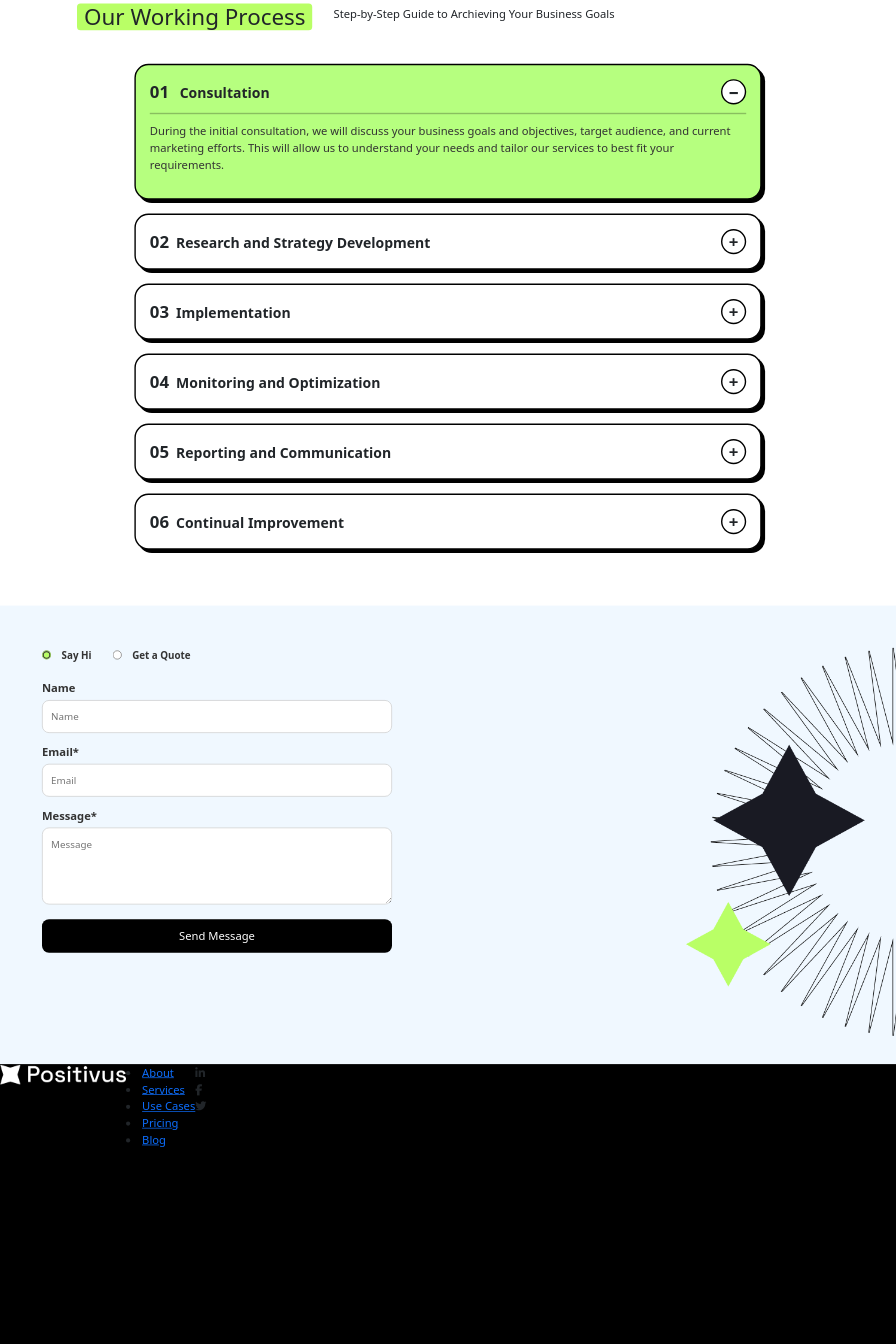
Repository: inshaabbas/CSS-Hackathon-SMIT
Page: index.html
An editor plug-in stored every save of this project. The page is shown before and after a run of saves, followed by the edit.
The browser window is 1280 px wide. The pictures show the part of the page from y = 1253 to 3173 px (the page is 3173 px tall), at 70% of full size.
A picture or video elsewhere on the page could not be fetched, so the positions and the page height are approximate.

Above is the page before, as saved 2025-06-25 10:50:05.

### index.html
<!DOCTYPE html>
<html lang="en">
<head>
    <meta charset="UTF-8">
    <meta name="viewport" content="width=device-width, initial-scale=1.0">
    <title>CSS Hackathon</title>
    <!-- Bootstrap CDN -->
     <link href="https://cdn.jsdelivr.net/npm/bootstrap@5.3.7/dist/css/bootstrap.min.css" rel="stylesheet" integrity="sha384-LN+7fdVzj6u52u30Kp6M/trliBMCMKTyK833zpbD+pXdCLuTusPj697FH4R/5mcr" crossorigin="anonymous">
    <!-- Font Awesome CDN -->
     <link rel="stylesheet" href="https://cdnjs.cloudflare.com/ajax/libs/font-awesome/6.7.2/css/all.min.css" integrity="sha512-Evv84Mr4kqVGRNSgIGL/F/aIDqQb7xQ2vcrdIwxfjThSH8CSR7PBEakCr51Ck+w+/U6swU2Im1vVX0SVk9ABhg==" crossorigin="anonymous" referrerpolicy="no-referrer"/>
    <!-- External Style Sheet -->
     <link rel="stylesheet" href="./style.css">
</head>
<body>
    <!-- Header Section Starts -->
    <header class="container-xxl">
      <div class="fixed-top">
         <nav class="navbar navbar-expand-lg bg-body-tertiary">
  <div class="container-fluid">
    <a class="navbar-brand" href="#"><img src="./Assets/logo.png" alt="Logo" width="150px"></a>
    <button class="navbar-toggler" type="button" data-bs-toggle="collapse" data-bs-target="#navbarSupportedContent" aria-controls="navbarSupportedContent" aria-expanded="false" aria-label="Toggle navigation">
      <span class="navbar-toggler-icon"></span>
    </button>
    <div class="collapse navbar-collapse" id="navbarSupportedContent">
      <ul class="navbar-nav ms-auto me-3 gap-4 mb-2 mb-lg-0">
        <li class="nav-item">
          <a class="nav-link active" aria-current="page" href="#">Aboutus</a>
        </li>
        <li class="nav-item">
          <a class="nav-link active" href="#">Services</a>
        </li>
        <li class="nav-item">
          <a class="nav-link active" aria-disabled="true">User Cases</a>
        </li>
        <li class="nav-item">
          <a class="nav-link active" aria-current="page" href="#">Pricing</a>
        </li>
        <li class="nav-item">
          <a class="nav-link active" aria-current="page" href="#">Blog</a>
        </li>
      </ul>
        <button class="btn btn-outline-dark" type="submit">Request a Quote</button>
      </form>
    </div>
  </div>
</nav>
      </div>
    </header>
    <!-- Header Section Ends -->

    <!-- Hero Section Starts -->
     <section class="hero-sec container-xxl">
        <div class="hero-text">
            <h2>Navigating the digital landscape for success</h2>
            <p>Lorem ipsum dolor sit amet consectetur adipisicing elit. Nihil sapiente officia omnis rerum, vitae nesciunt ad obcaecati sint quam accusantium Lorem ipsum dolor sit amet consectetur adipisicing elit. Quaerat nobis quos soluta accusantium perspiciatis quas ducimus dicta accusamus eius, sint adipisci cum minima aliquam debitis expedita nam eos, consectetur quasi.</p>
            <button type="button" class="btn btn-dark">Book a consultation</button>
        </div>
        <div class="hero-img">
            <img src="./Assets/hero-sec-img.png" alt="Hero Section Img" width="450px" height="330px">
        </div>
     </section>
    <!-- Hero Section Ends -->

    <!-- Social Section Starts -->
     <section class="social-sec container-xxl">
       <img src="./Assets/Amazon.png" alt="Amazon">
       <img src="./Assets/Dribbble.png" alt="Dribbble">
       <img src="./Assets/Hubspot-icon-removebg-preview.png" alt="Hubspot">
       <img src="./Assets/Notion.png" alt="Notion">
       <img src="./Assets/Netflix.png" alt="Netflix" class="gray">
       <img src="./Assets/Zoom.png" alt="Zoom" class="gray">
     </section>
    <!-- Social Section Ends -->

    <!-- Service Section Starts -->
     <section class="service-sec container-xxl">
      <div class="service-head">
        <h2>Services</h2>
        <p>Lorem ipsum dolor sit amet consectetur adipisicing elit. Ad, aliquam assumenda. Perspiciatis necessitatibus ullam possimus illum consequatur dolores quasi ut.</p>
      </div>
      <div class="service-cards">
        <div class="service-card-1 hover-img">
          <div class="ser-card-1-text">
             <h3>Search engine <br> optimization</h3>
             <p><img src="./Assets/service-icon.png" alt="Service Icon" width="30px">Learn More</p>
          </div>
          <div class="ser-card-1-img">
            <img src="./Assets/Service-card-1img.png" alt="">
          </div>
        </div>
        <div class="service-card-2 hover-img">
          <div class="ser-card-2-text">
             <h3>Search engine <br> optimization</h3>
             <p><img src="./Assets/service-icon.png" alt="Service Icon" width="30px">Learn More</p>
          </div>
          <div class="ser-card-2-img">
            <img src="./Assets/Service-card-2-img.png" alt="">
          </div>
        </div>
      </div>
     </section>
    <!-- Service Section Ends -->

     <!-- Working section Starts -->
     <section class="working-section container-xxl">
      <div class="working-head">
        <h2>Our Working Process</h2>
        <p>Step-by-Step Guide to Archieving Your Business Goals</p>
      </div>
      <div class="faq-section">
  <details open>
    <summary><span><span class="number">01</span> Consultation</span> <span class="plus"></span></summary>
    <hr class="divider">
    <div class="faq-content">
      <p>During the initial consultation, we will discuss your business goals and objectives, target audience, and current marketing efforts. This will allow us to understand your needs and tailor our services to best fit your requirements.</p>
    </div>
  </details>

  <details>
    <summary><span><span class="number">02</span>Research and Strategy Development</span> <span class="plus"></span></summary>
    <hr class="divider">
    <div class="faq-content">
      We research your market and competitors to develop a custom strategy aligned with your business goals.
    </div>
  </details>

   <details>
    <summary><span><span class="number">03</span>Implementation</span> <span class="plus"></span></summary>
    <hr class="divider">
    <div class="faq-content">
      We research your market and competitors to develop a custom strategy aligned with your business goals.
    </div>
  </details>

   <details>
    <summary><span><span class="number">04</span>Monitoring and Optimization</span> <span class="plus"></span></summary>
    <hr class="divider">
    <div class="faq-content">
      We research your market and competitors to develop a custom strategy aligned with your business goals.
    </div>
  </details>

   <details>
    <summary><span><span class="number">05</span>Reporting and Communication</span> <span class="plus"></span></summary>
    <hr class="divider">
    <div class="faq-content">
      We research your market and competitors to develop a custom strategy aligned with your business goals.
    </div>
  </details>

   <details>
    <summary><span><span class="number">06</span>Continual Improvement</span> <span class="plus"></span></summary>
    <hr class="divider">
    <div class="faq-content">
      We research your market and competitors to develop a custom strategy aligned with your business goals.
    </div>
  </details>
      </div>
      </section>

    <!-- Working section Ends -->

     <!-- Contact section Starts -->
     <section class="contact-section container-xxl">
      <div class="contact-form">
        <form>
          <div class="radio-group">
            <label><input type="radio" name="purpose" checked>Say Hi</label>
            <label><input type="radio" name="purpose"> Get a Quote</label>
          </div>

          <div class="form-group">
            <label for="name">Name</label>
            <input type="text" id="name" name="name" placeholder="Name" required>
          </div>

          <div class="form-group">
            <label for="email">Email*</label>
            <input type="email" id="email" name="email" placeholder="Email" required>
          </div>

          <div class="form-group">
            <label for="message">Message*</label>
            <textarea id="message" name="message" placeholder="Message" rows="4" required></textarea>
          </div>

          <button type="submit" class="send-btn">Send Message</button>
        </form>
       </div>
      <div class="contact-image">
        <img src="./Assets/Contact-img.png" alt="Contact img" width="400px">
      </div>
     </section>

     <!-- Contact section End -->

     <!-- Footer section Starts -->

     <footer>
        <div class="top-footer">
            <div class="fot-logo">
                <img src="./Assets/Foooter-logo.png" alt="Footer logo">
            </div>
            <div class="fot-links">
                <li><a href="#">About</a></li>
                <li><a href="#">Services</a></li>
                <li><a href="#">Use Cases</a></li>
                <li><a href="#">Pricing</a></li>
                <li><a href="#">Blog</a></li>
            </div>
            <div class="fot-icons">
                <div><i class="fa-brands fa-linkedin-in"></i></div>
                <div><i class="fa-brands fa-facebook-f"></i></div>
                <div><i class="fa-brands fa-twitter"></i></div>
            </div>
        </div>
     </footer>







<script src="https://cdn.jsdelivr.net/npm/@popperjs/core@2.11.8/dist/umd/popper.min.js" integrity="sha384-I7E8VVD/ismYTF4hNIPjVp/Zjvgyol6VFvRkX/vR+Vc4jQkC+hVqc2pM8ODewa9r" crossorigin="anonymous"></script>
<script src="https://cdn.jsdelivr.net/npm/bootstrap@5.3.7/dist/js/bootstrap.min.js" integrity="sha384-7qAoOXltbVP82dhxHAUje59V5r2YsVfBafyUDxEdApLPmcdhBPg1DKg1ERo0BZlK" crossorigin="anonymous"></script>
</body>
</html>

### style.css
.hover-img{
    transition: transform 0.3s ease;
}

.hover-img:hover{
    transform: scale(1.1);
}

.hero-sec{
    display: flex;
    justify-content: space-around;
    align-items: center;
    padding: 20px;
    height: 500px;
    padding-top: 80px;
}

.hero-text{
    width: 50%;
}

.hero-text h2{
    font-size: 35px;
    font-weight: bold;
}

@media screen and (max-width: 1010px) {
    .hero-img img{
        width: 350px;
        height: 300px;
    }
    .hero-sec{
        height: auto;
    }
}

@media screen and (max-width: 800px){
    .hero-sec{
        flex-direction: column;
        gap: 50px;
    }

    .hero-text{
    width: 100%;
}

.hero-img img{
    width: 300px;
    height: 250px;
}
}

/* Hero Section End */

/* Social Section Starts */
.social-sec{
    height: auto;
    display: flex;
    justify-content: center;
    align-items: center;
    gap: 40px;
    flex-wrap: wrap;
    padding: 20px;
    margin-top: 40px;
}

.social-sec img{
    width: 120px;
}

.gray{
    filter: grayscale(100%);
}

/* Social Section Ends */


/* Service Section Starts */

.service-sec{
    height: auto;
    margin-top: 40px;
    padding: 40px 10px;
}

.service-head{
    display: flex;
    margin-left: 100px;
    gap: 30px;
}

.service-head h2{
    background-color: #b9ff66;
    padding: 0px 10px;
    border-radius: 5px;
    font-size: 40px;
}

.service-head p{
    width: 600px;
}

.service-cards{
    padding-top: 40px;
    display: flex;
    justify-content: center;
    align-items: center;
    flex-wrap: wrap;
    gap: 40px;
    padding: 20px;
}

/* Card 1  */
.service-card-1{
    display: flex;
    justify-content: space-between;
    width: 500px;
    height: 280px;
    background-color: #f3f3f3;
    border-radius: 30px;
    padding: 20px;
    border-bottom: black solid 4px;
    border-top: black solid 1px;
    border-left: black solid 1px;
    border-right: black solid 1px;
}

.service-card-1 p img{
    margin-right: 10px;
}

.service-card-1 p{
    margin-top: 100px;
}

.ser-card-1-img{
    display: flex;
    justify-content: center;
    align-items: center;
}

.ser-card-1-text h3{
    background-color: #b9ff66;
    padding: 5px 10px;
    border-radius: 5px;
}

/* Card 2 */

.service-card-2{
    display: flex;
    justify-content: space-between;
    width: 500px;
    height: 280px;
    background-color: #b9ff66;
    border-radius: 30px;
    padding: 20px;
    border-bottom: black solid 4px;
    border-top: black solid 1px;
    border-left: black solid 1px;
    border-right: black solid 1px;
}

.service-card-2 p img{
    margin-right: 10px;
}

.service-card-2 p{
    margin-top: 100px;
}

.ser-card-2-img{
    display: flex;
    justify-content: center;
    align-items: center;
}

.ser-card-2-text h3{
    background-color: #f3f3f3;
    padding: 5px 10px;
    border-radius: 5px;
}

@media screen and (max-width: 865px){
    .service-head{
        flex-direction: column;
        justify-content: center;
        align-items: center;
        text-align: center;
        margin-left: 0px;
        gap: 10px;
    }

    .service-head p{
        width: 100%;
    }
}

@media screen and (max-width: 500px){
    .service-head p{
        font-size: 13px;
    }

    .service-card-2{
        height: 230px;
    }
    .ser-card-2-img img{
        width: 180px;
    }

    .ser-card-2-text h3{
        font-size: 20px;
    }

    .ser-card-2-text p{
        font-size: 13px;
    }

    .service-card-1{
        height: 230px;
    }
    .ser-card-1-img img{
        width: 180px;
    }

    .ser-card-1-text h3{
        font-size: 20px;
    }

    .ser-card-1-text p{
        font-size: 15px;
    }
}

    @media screen and (max-width: 440px){
    .service-head p{
        font-size: 10px;
    }

    .ser-card-2-img img{
        width: 120px;
    }

    .ser-card-2-text h3{
        font-size: 14px;
    }

    .ser-card-2-text p{
        font-size: 12px;
    }

    .ser-card-1-img img{
        width: 120px;
    }

    .ser-card-1-text h3{
        font-size: 14px;
    }

    .ser-card-1-text p{
        font-size: 12px;
    }
}

/* Service Section Ends*/

/* Working Section Starts */

.working-section{
    height: auto;
    margin-top: 20px;
    padding: 40px 10px;
}

.working-head{
    display: flex;
    align-items: center;
    margin-left: 100px;
    gap: 30px;
}

.working-head h2{
    background-color: #b9ff66;
    padding: 0px 10px;
    border-radius: 5px;
}

.working-head p{
    width: 100%;
    max-width: 600px;
}

.faq-section{
    display: flex;
    flex-direction: column;
    justify-content: center;
    align-items: center;
    margin-top: 40px;
    padding: 0px 10px;
}

details {
      border: 2px solid #000;
      border-radius: 20px;
      margin-bottom: 20px;
      padding: 20px;
      box-shadow: 5px 5px 0 #000;
      background-color: #fff;
      transition: all 0.3s ease;
      width: 70vw;
    }

    details[open] {
      background-color: #b6ff7f;
    }

    summary {
      list-style: none;
      cursor: pointer;
      font-weight: bold;
      font-size: 20px;
      display: flex;
      justify-content: space-between;
      align-items: center;
    }

    summary::-webkit-details-marker {
      display: none;
    }

    .number {
      font-size: 24px;
      margin-right: 10px;
    }

    .plus::after {
      content: "+";
      font-size: 24px;
      width: 36px;
      height: 36px;
      display: inline-flex;
      align-items: center;
      justify-content: center;
      border: 2px solid #000;
      border-radius: 50%;
      background: #fff;
    }

    details[open] .plus::after {
      content: "−";
    }

    .faq-content {
      margin-top: 10px;
      font-size: 16px;
      line-height: 1.5;
      color: #333;
    }

    .divider {
      display: none;
      border: none;
      border-top: 2px solid #000;
      margin: 12px 0;
    }

    details[open] .divider {
      display: block;
    }

    details[open] .faq-content {
      display: block;
    }


@media screen and (max-width: 1084px){
    .working-head{
        flex-direction: column;
        justify-content: center;
        align-items: center;
        text-align: center;
        gap: 10px;
        margin-left: 0px;
    }
}

@media screen and (max-width: 700px){
    summary span{
        font-size: 16px;
    }

    .number{
        font-size: 16px;
    }

    .plus::after{
        font-size: 20px;
        width: 25px;
        height: 25px;
    }

    details{
        width: 90vw;
    }
}

@media screen and (max-width: 420px){
    summary span{
        font-size: 13px;
    }

    .number{
        font-size: 14px;
    }
}
/* Working Section Ends */

/* Contact Section Starts */

.contact-section{
    display: flex;
    justify-content: space-between;
    height: auto;
    background-color: aliceblue;
    margin-top: 20px;
    padding: 60px 0px 40px 20px
}

.contact-form{
    width: 100%;
    margin-left: 40px;
}

.radio-group {
  display: flex;
  gap: 30px;
  margin-bottom: 20px;
  font-size: 14px;
}

.radio-group label{
  display: flex;
  align-items: center;
  gap: 15px;
  font-size: 14px;
  color: #333;
  cursor: pointer;
  /* width: 100px; */
  white-space: nowrap
}


input[type="radio"] {
  accent-color: #b9ff66;
}

.form-group {
  margin-bottom: 15px;
}

label {
  display: block;
  margin-bottom: 5px;
  font-weight: bold;
  color: #333;
}

input,
textarea {
  width: 100%;
  max-width: 500px;
  padding: 12px;
  font-size: 14px;
  border: 1px solid #ccc;
  border-radius: 10px;
  box-sizing: border-box;
}

.send-btn{
  background-color: #000;
  color: #fff;
  border: none;
  padding: 12px;
  width: 100%;
  max-width: 500px;
  border-radius: 10px;
  font-size: 16px;
  cursor: pointer;
  transition: background-color 0.3s;
}

.send-btn:hover {
  background-color: #333;
}

.contact-image {
  flex: 1;
  text-align: right;
  min-width: 300px;
  overflow-x: hidden;
}

@media screen and (max-width: 890px){
    .contact-image img {
        display: none;
    }

    .contact-section {
        flex-direction: column;
        align-items: center;
        padding: 30px 20px;
    }

    .contact-form {
        margin-left: 0;
        width: 100%;
        display: flex;
        flex-direction: column;
        align-items: center;
    }

    .form-group,
    input,
    textarea,
    .send-btn {
        width: 100%;
        max-width: 600px;
    }
}

/* Contact Section Ends*/

footer{
    height: 400px;
    background-color: #000;
}

.top-footer{
    display: flex;
}

After the next 4 saves:
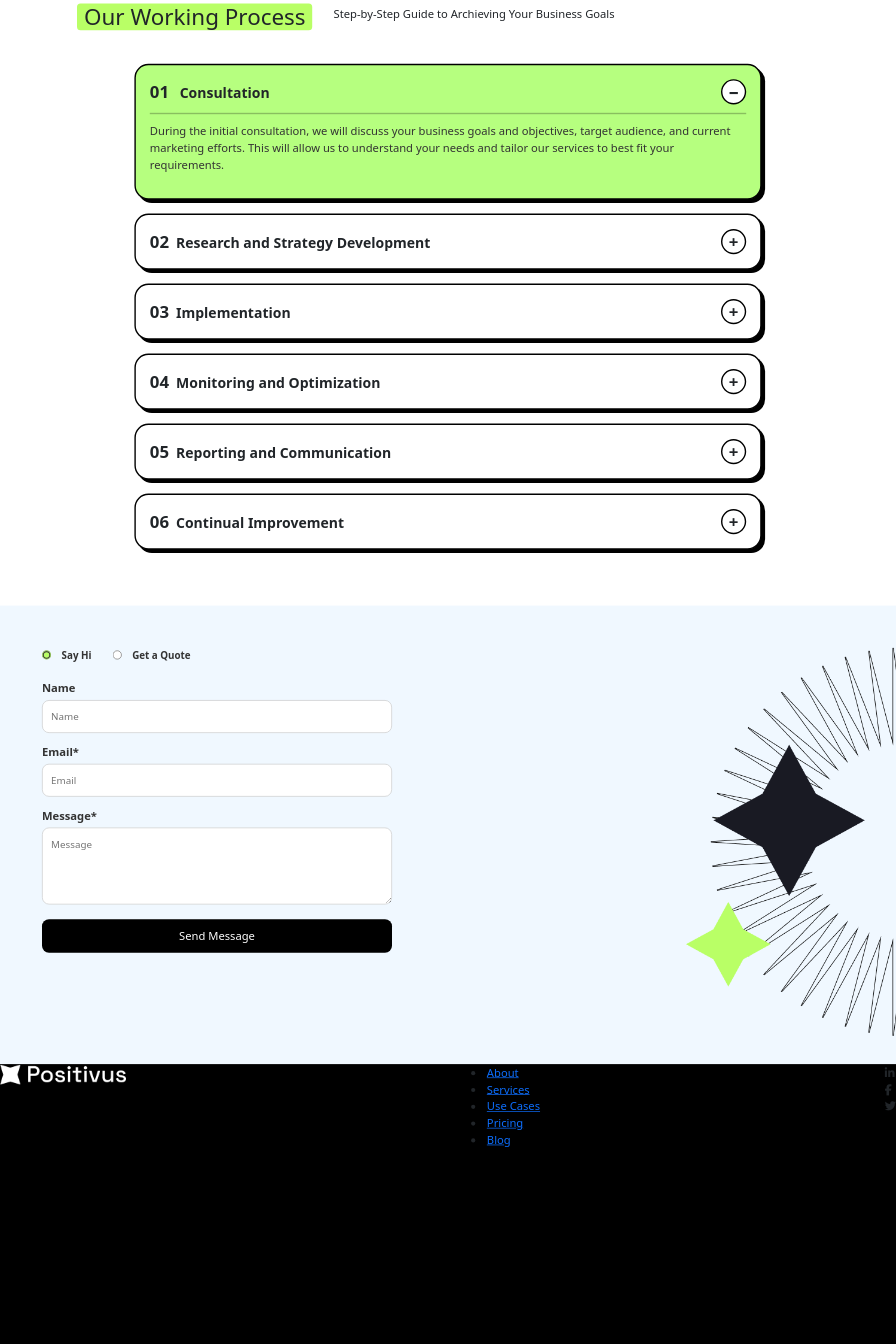
The 4 saves are shown as one change because they came seconds apart.
The last was saved 10 s later.
--- a/style.css
+++ b/style.css
@@ -537,4 +537,5 @@ footer{
 
 .top-footer{
     display: flex;
-}
+    justify-content: space-between;
+}
